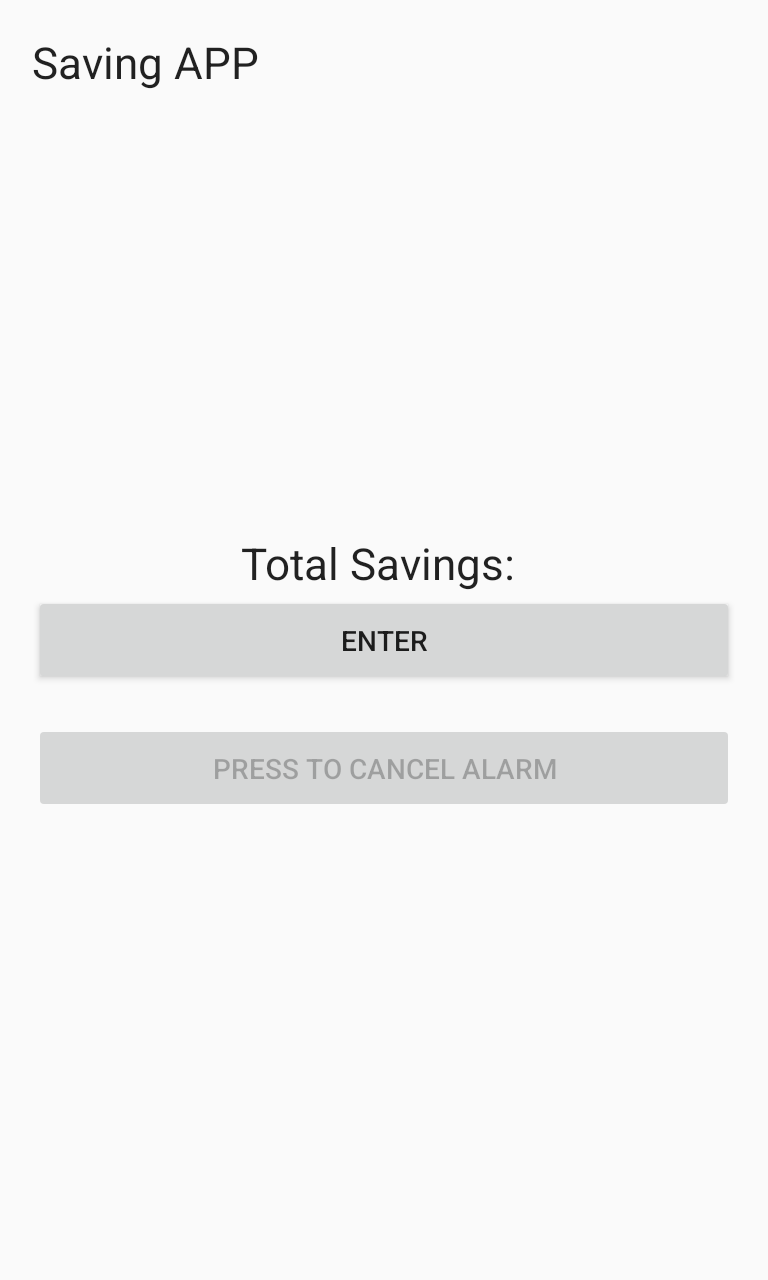
Repository: japheth-starita/SavingsApp
Layout: SavingsApp/res/layout/activity_main.xml
An editor plug-in stored every save of this project. The layout is shown before and after the next save, followed by the edit.
It is drawn on a 768 x 1280 px phone screen (xhdpi) without system bars, with theme AppTheme; the app's code is not run.

Above is the layout before, as saved 2016-03-03 13:27:19.

### SavingsApp/res/layout/activity_main.xml
<RelativeLayout xmlns:android="http://schemas.android.com/apk/res/android"
    xmlns:tools="http://schemas.android.com/tools"
    android:layout_width="match_parent"
    android:layout_height="match_parent"
    android:paddingBottom="@dimen/activity_vertical_margin"
    android:paddingLeft="@dimen/activity_horizontal_margin"
    android:paddingRight="@dimen/activity_horizontal_margin"
    android:paddingTop="@dimen/activity_vertical_margin"
    tools:context="com.cobaltsteel.savingsapp.MainActivity" >

    <TextView
        android:id="@+id/txtSavings"
        android:layout_width="wrap_content"
        android:layout_height="wrap_content"
        android:layout_above="@+id/btnStart"
        android:layout_centerHorizontal="true"
        android:text="Total Savings: "
        android:textAppearance="?android:attr/textAppearanceLarge" />

    <Button
        android:id="@+id/btnStart"
        android:layout_width="match_parent"
        android:layout_height="wrap_content"
        android:layout_centerHorizontal="true"
        android:layout_centerVertical="true"
        android:onClick="startApp"
        android:text="Enter" />

    <Button
        android:id="@+id/btnStop"
        android:layout_width="match_parent"
        android:layout_height="wrap_content"
        android:layout_below="@+id/btnStart"
        android:layout_centerHorizontal="true"
        android:layout_marginTop="16dp"
        android:enabled="false"
        android:onClick="cancelAlarm"
        android:text="Press to Cancel Alarm"/>

    <TextView
        android:id="@+id/textView2"
        android:layout_width="wrap_content"
        android:layout_height="wrap_content"
        android:layout_alignParentTop="true"
        android:text="Saving APP"
        android:textAppearance="?android:attr/textAppearanceLarge" />

</RelativeLayout>

Loaded but not shown: SavingsApp/res/values/styles.xml (common file); SavingsApp/res/values-v11/styles.xml (common file); SavingsApp/res/values-v14/styles.xml (common file); SavingsApp/res/values/dimens.xml (common file); SavingsApp/res/values-w820dp/dimens.xml (common file)

After the next save:
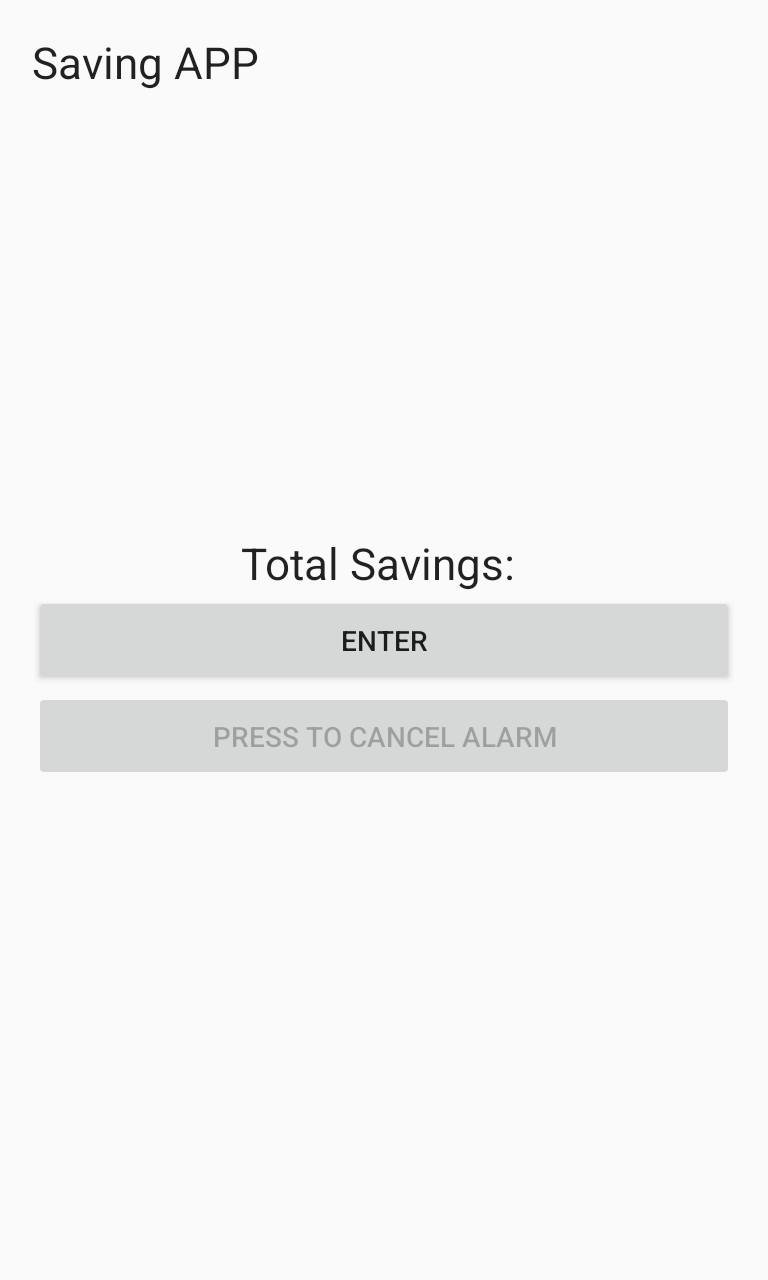
Saved 6 s later.
--- a/SavingsApp/res/layout/activity_main.xml
+++ b/SavingsApp/res/layout/activity_main.xml
@@ -32,7 +32,6 @@
         android:layout_height="wrap_content"
         android:layout_below="@+id/btnStart"
         android:layout_centerHorizontal="true"
-        android:layout_marginTop="16dp"
         android:enabled="false"
         android:onClick="cancelAlarm"
         android:text="Press to Cancel Alarm"/>
